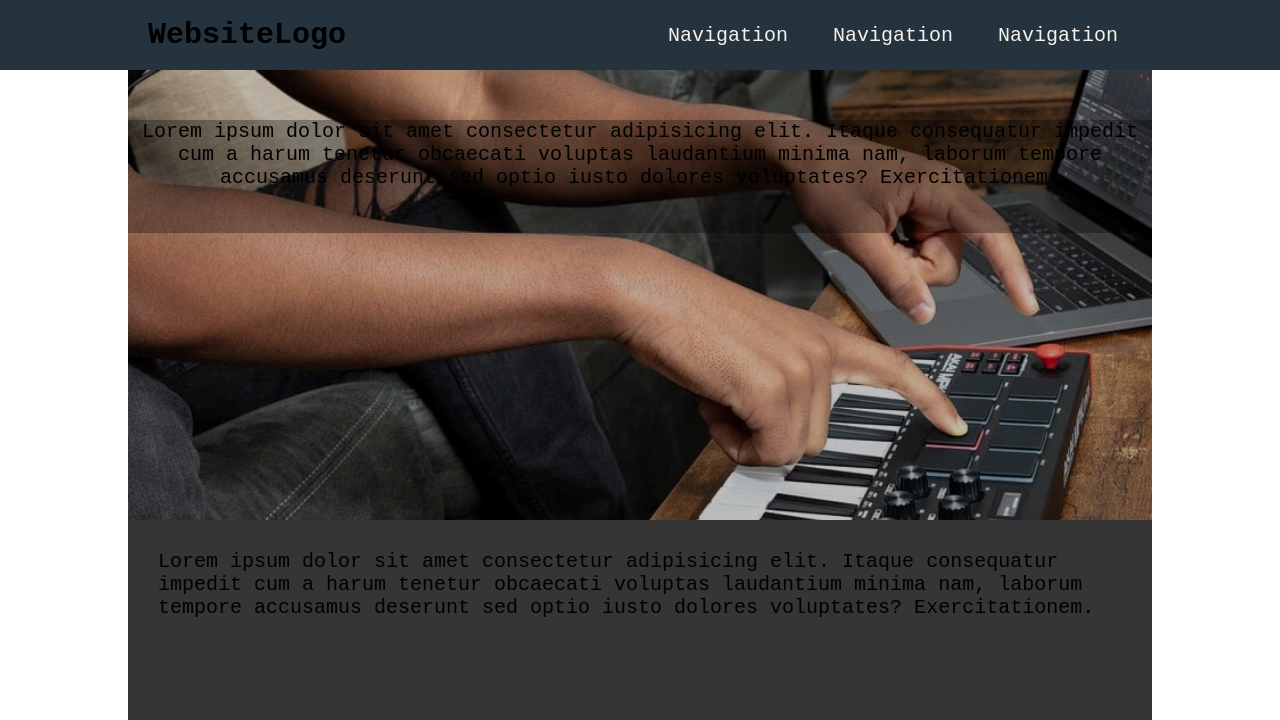
Repository: piotrokrutniak/Projekt-Studia
Page: index.html
The author's editor kept a copy of each file at every save. The page is drawn from the files as they stood at one save, then again after the next save.
The browser window is 1280 px wide. The pictures show the whole page.

Above is the page before, as saved 2023-03-04 14:13:30.

### index.html
<!DOCTYPE html>
<head>
    <meta charset="UTF-8" />
    <meta http-equiv="X-UA-Compatible" content="IE=edge" />
    <meta name="viewport" content="width=device-width, initial-scale=1.0" />
    <link rel="stylesheet" type="text/css" href="styles.css" />
    <title>Website Title</title>
</head>
<body>
    <div class="navbar-container">
        <div class="navbar">
            <div class="logo">
                <div class="logo-contents">
                    WebsiteLogo
                </div>
            </div>
            <div class="navigation">
                <a href="/index" class="navigation-link">
                    <div class="navigation-button">
                        Navigation
                    </div>
                </a>
                <a href="/index" class="navigation-link">
                    <div class="navigation-button">
                        Navigation
                    </div>
                </a>
                <a href="/index" class="navigation-link">
                    <div class="navigation-button">
                        Navigation
                    </div>
                </a>
            </div>
        </div>
    </div>

    <div class="main-section">
        <div class="carousel-section">
            <img class="carousel-img" src="img/Hero-2.jpg" alt="MIDI controller on a table">
            <div class="carousel-desc">
                Lorem ipsum dolor sit amet consectetur adipisicing elit. Itaque consequatur impedit cum a harum tenetur obcaecati voluptas laudantium minima nam, laborum tempore accusamus deserunt sed optio iusto dolores voluptates? Exercitationem.

            </div>
        </div>
        <div class="text-section">
        Lorem ipsum dolor sit amet consectetur adipisicing elit. Itaque consequatur impedit cum a harum tenetur obcaecati voluptas laudantium minima nam, laborum tempore accusamus deserunt sed optio iusto dolores voluptates? Exercitationem.
        </div>
    </div>
</body>

### styles.css
:root{
    --nav-link-width: 150px;
}

body{
    font-family: monospace;
    margin: 0;
    min-width: 328px;
}

.navbar-container{
    width: 100%;
    height: 70px;
    background: rgb(36, 51, 61);
    position: sticky;
    top: 0;
    max-width: 100%;
    overflow: hidden;

}

.navbar{
    position: relative;
    max-width: 1024px;
    min-width: 328px;
    height: 50px;
    top: 0px;
    margin: auto;
    display: flex;
    flex-direction:row;
    justify-content: space-between;
    top: 50%;
    -ms-transform: translateY(-50%);
    transform: translateY(-50%);
    font-size: 20px;
}

a{
    text-decoration: none;
    color:rgba(245, 242, 238);
}

.navigation{
    display: grid;
    grid-template-columns: var(--nav-link-width) var(--nav-link-width) var(--nav-link-width);
    grid-gap: 15px;
    padding-right: 20px;
}

.navigation-link{
    position: relative;
    padding-left: 15px;
    padding-right: 15px;
    transition: 0.15s;
    transition-timing-function: ease-in-out;
    border: 1px solid;
    border-radius: 5px;
    border-color: rgba(255, 255, 255, 0);
}

.navigation-link:hover{
    border-color: rgba(255, 255, 255, 0.103);

}

.navigation-button{
    text-align: center;
    position: relative;
    top: 50%;
    -ms-transform: translateY(-50%);
    transform: translateY(-50%);
}

.logo{
    position: relative;
    height: 49px;
    padding-left: 20px;
    padding-right: 20px;
    font-weight: 900;
    font-size: 30px;
}

.logo-contents{
    text-align: center;
    position: relative;
    top: 50%;
    -ms-transform: translateY(-50%);
    transform: translateY(-50%);
}

.main-section{
    position: relative;
    max-width: 1024px;
    min-width: 328px;
    min-height: calc(100vh - 70px);
    margin: auto;
    font-size: 20px;
    background: rgb(53, 53, 53);
}

.carousel-section{
    position: relative;
    width: 100%;
    height: 450px;
    background: floralwhite;
}

@media screen and (max-width:750px){
    .carousel-section{
        min-height: 300px;
        height: auto;
    }
}

.carousel-section{
    background: black;
    max-width: 100%;
    width: 100%;
    text-align:center;
    position: sticky;
    margin: auto;
    max-height:calc(100vh - 80px);
    min-height: 250px;
    overflow: hidden;
}

.carousel-img{
    width: 100%;
    max-height:calc(100vh - 80px);
    display: flex;
    position: sticky;
    flex-shrink:0;
    object-fit:cover;
    min-height: 250px;

    object-fit: cover;
    opacity: 0.75;
}

.carousel-desc{
    position: absolute;
    top: 50px;
    width: 100%;
    background: rgba(0, 0, 0, 0.315);
    height: 25%;
    min-height: 50px;
    width: 100%;
}

.text-section{
    padding: 30px;
}

After the next save:
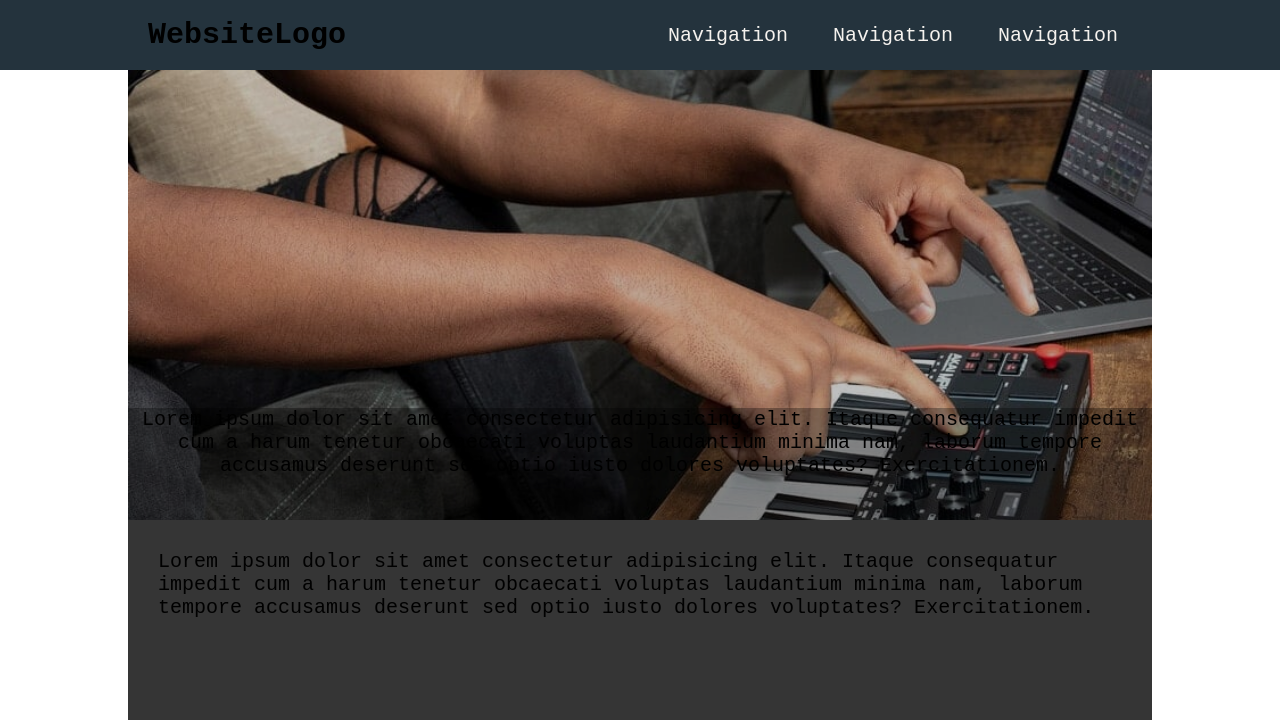
Saved 11 s later.
--- a/styles.css
+++ b/styles.css
@@ -139,7 +139,7 @@ a{
 
 .carousel-desc{
     position: absolute;
-    top: 50px;
+    bottom: 0px;
     width: 100%;
     background: rgba(0, 0, 0, 0.315);
     height: 25%;
